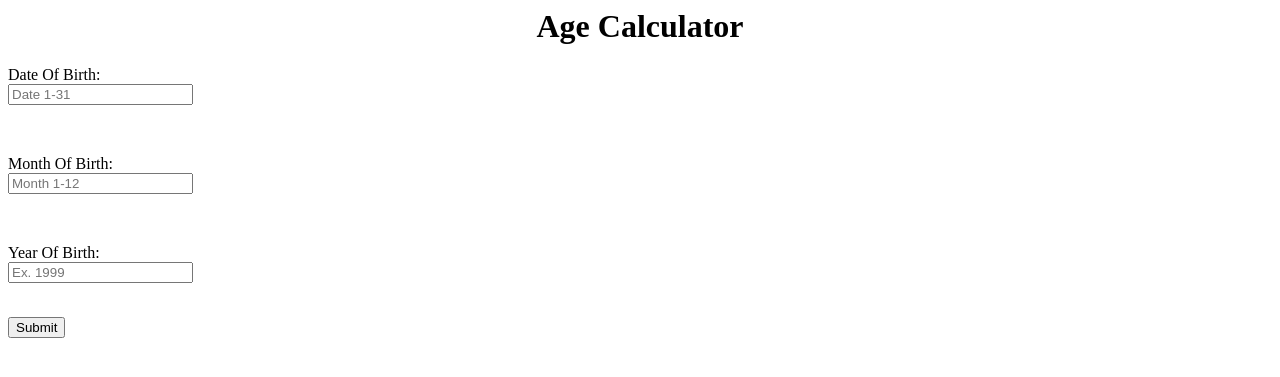
Repository: Badkul77/Nagarro_Web_App_Assignment
Page: http://localhost/our-web-app/
An editor plug-in stored every save of this project. The page is shown before and after the next save, followed by the edit.
The browser window is 1280 px wide. The pictures show the whole page.
The page is served by Tomcat 9.

Above is the page before, as saved 2021-03-08 10:55:46.

After the next save:
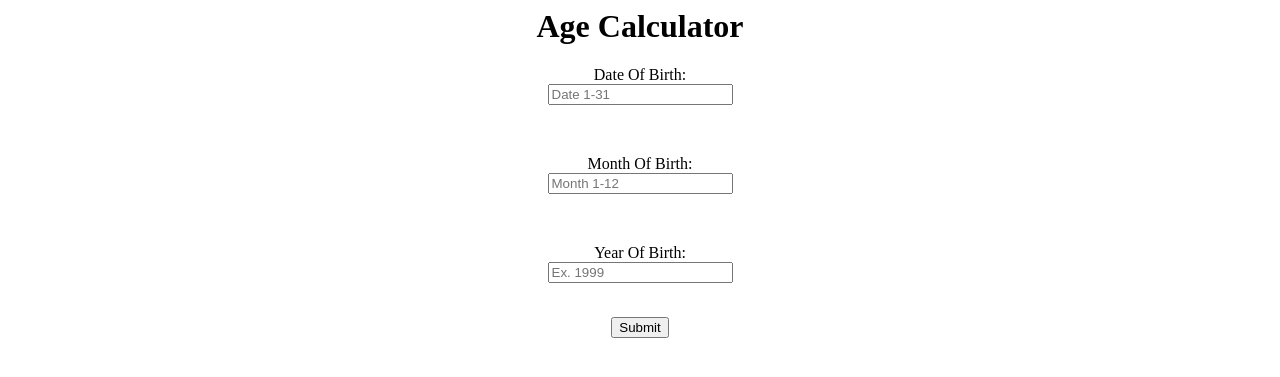
Saved 37 s later.
--- a/our-web-app/src/main/webapp/index.jsp
+++ b/our-web-app/src/main/webapp/index.jsp
@@ -1,6 +1,6 @@
 <html>
 <body>
-<form action="add">
+<form action="add" style="text-align:center">
  <h1 style="text-align:center">Age Calculator</h1>
 <p>Date Of Birth:<br><input type= "number"  placeholder="Date 1-31" name="t1"></p><br>
 <p>Month Of Birth:<br><input type= "number"  placeholder="Month 1-12" name="t2"></p><br>
